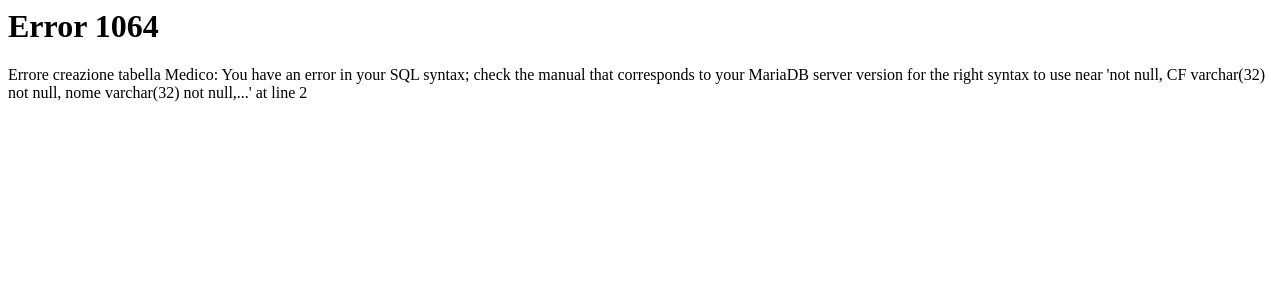
Repository: EmanueleCoradin/IoTMonitoring-CV-19-Patients
Page: http://localhost/init.php
These files come from the project's save history. The page is drawn as it stood at one moment and after the next save; the edit follows.
The browser window is 1280 px wide. The pictures show the whole page.
The page is run by PHP 8.4 with error messages shown; the project is at /var/www/html/.

Above is the page before, as saved 2020-05-11 19:50:18.

### allegati/sitoPHP/php/init.php
<?php
#----------------------------------------------------------------------#
#-------------------INIZIALIZZO CONNESSIONE DATABASE ------------------#
#----------------------------------------------------------------------#

$dbname = "monitoraggioDB";
$username = "root";
$password="";
$host = "localhost";
$conn = new mysqli ($host, $username, $password, $dbname);

if(!$conn){
    print("<h1>Error ".$conn -> errno."</h1>");
    die("Errore di connessione al db: ".$conn -> connect_error);
}

#----------------------------------------------------------------------#
#------------------------- INIZIALIZZO TABELLE ------------------------#
#----------------------------------------------------------------------#

#-------------------------- TABELLA MEDICO ---------------------------#
$sql="
    CREATE TABLE IF NOT EXISTS MEDICO(
        IDmedico int autoincrement not null,
        CF varchar(32) not null,
        nome varchar(32) not null,
        cognome varchar(32) not null,
        via tinytext not null,
        numeroCivico int not null,
        citta varchar(32) not null,
        provincia varchar(32) not null,
        regione varchar(32) not null,
        cap varchar(5) not null,
        dataNascita date not null,
        sesso varchar(1) not null,
        email tinytext not null,
        password varchar(32) not null,
        PRIMARY KEY (CF)
    )";
$result = $conn -> query($sql);

if(!$result){
    print("<h1>Error ".$conn -> errno."</h1>");
    die("Errore creazione tabella Medico: ".$conn -> error);
}

#-------------------------- TABELLA STRUTTURA ---------------------------#

$sql="
    CREATE TABLE IF NOT EXISTS STRUTTURA(
        IDstruttura int autoincrement not null,
        nome varchar(32) not null,
        via tinytext not null,
        numeroCivico int not null,
        citta varchar(32) not null,
        provincia varchar(32) not null,
        regione varchar(32) not null,
        cap varchar(5) not null,
        PRIMARY KEY (IDstruttura)
    )";
$result = $conn -> query($sql);

if(!$result){
    print("<h1>Error ".$conn -> errno."</h1>");
    die("Errore creazione tabella Struttura: ".$conn -> error);
}

#-------------------------- TABELLA PAZIENTE ---------------------------#

$sql="
    CREATE TABLE IF NOT EXISTS PAZIENTE(
        IDpaziente int autoincrement not null,
        CF varchar(32) not null,
        nome varchar(32) not null,
        cognome varchar(32) not null,
        stato varchar(32),
        via tinytext not null,
        numeroCivico int not null,
        citta varchar(32) not null,
        provincia varchar(32) not null,
        regione varchar(32) not null,
        cap varchar(5) not null,
        dataNascita date not null,
        sesso varchar(1) not null,
        linkTG varchar(32) not null,
        dataTrasferimento date,
        email tinytext not null,
        password varchar(32) not null,
        IDmedico varchar(32) not null,
        IDstruttura int,
        PRIMARY KEY (CF),
        FOREIGN KEY (IDmedico) REFERENCES MEDICO(IDmedico) ON UPDATE CASCADE,
        FOREIGN KEY (IDstruttura) REFERENCES STRUTTURA(IDstruttura) ON UPDATE CASCADE
    )";
$result = $conn -> query($sql);

if(!$result){
    print("<h1>Error ".$conn -> errno."</h1>");
    die("Errore creazione tabella Paziente: ".$conn -> error);
}

#-------------------------- TABELLA MISURAZIONE ---------------------------#

$sql="
    CREATE TABlE IF NOT EXISTS MISURAZIONE(
        IDmisurazione int autoincrement not null,
        data date not null,
        ora time not null,
        sp02 float,
        fr float,
        fc float,
        pi float,
        IDpaziente varchar(32) not null,
        IDmedico varchar(32) not null,
        PRIMARY KEY (IDmisurazione),
        FOREIGN KEY (IDpaziente) REFERENCES PAZIENTE(IDpaziente) ON UPDATE CASCADE,
        FOREIGN KEY (IDmedico) REFERENCES MEDICO(IDmedico)  ON UPDATE CASCADE
    )";
$result = $conn -> query($sql);

if(!$result){
    print("<h1>Error ".$conn -> errno."</h1>");
    die("Errore creazione tabella Misurazione: ".$conn -> error);
}

print("<h1>Creazione tabelle avvenuta con successo</h1>");

$conn -> close();

?>

After the next save:
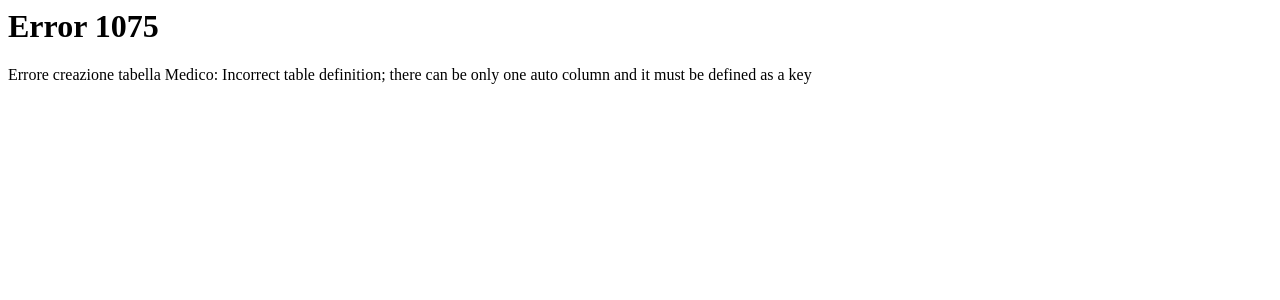
Saved 2 min 3 s later.
--- a/allegati/sitoPHP/php/init.php
+++ b/allegati/sitoPHP/php/init.php
@@ -21,7 +21,7 @@ if(!$conn){
 #-------------------------- TABELLA MEDICO ---------------------------#
 $sql="
     CREATE TABLE IF NOT EXISTS MEDICO(
-        IDmedico int autoincrement not null,
+        IDmedico int auto_increment not null,
         CF varchar(32) not null,
         nome varchar(32) not null,
         cognome varchar(32) not null,
@@ -48,7 +48,7 @@ if(!$result){
 
 $sql="
     CREATE TABLE IF NOT EXISTS STRUTTURA(
-        IDstruttura int autoincrement not null,
+        IDstruttura int auto_increment not null,
         nome varchar(32) not null,
         via tinytext not null,
         numeroCivico int not null,
@@ -69,7 +69,7 @@ if(!$result){
 
 $sql="
     CREATE TABLE IF NOT EXISTS PAZIENTE(
-        IDpaziente int autoincrement not null,
+        IDpaziente int auto_increment not null,
         CF varchar(32) not null,
         nome varchar(32) not null,
         cognome varchar(32) not null,
@@ -103,7 +103,7 @@ if(!$result){
 
 $sql="
     CREATE TABlE IF NOT EXISTS MISURAZIONE(
-        IDmisurazione int autoincrement not null,
+        IDmisurazione int auto_increment not null,
         data date not null,
         ora time not null,
         sp02 float,
